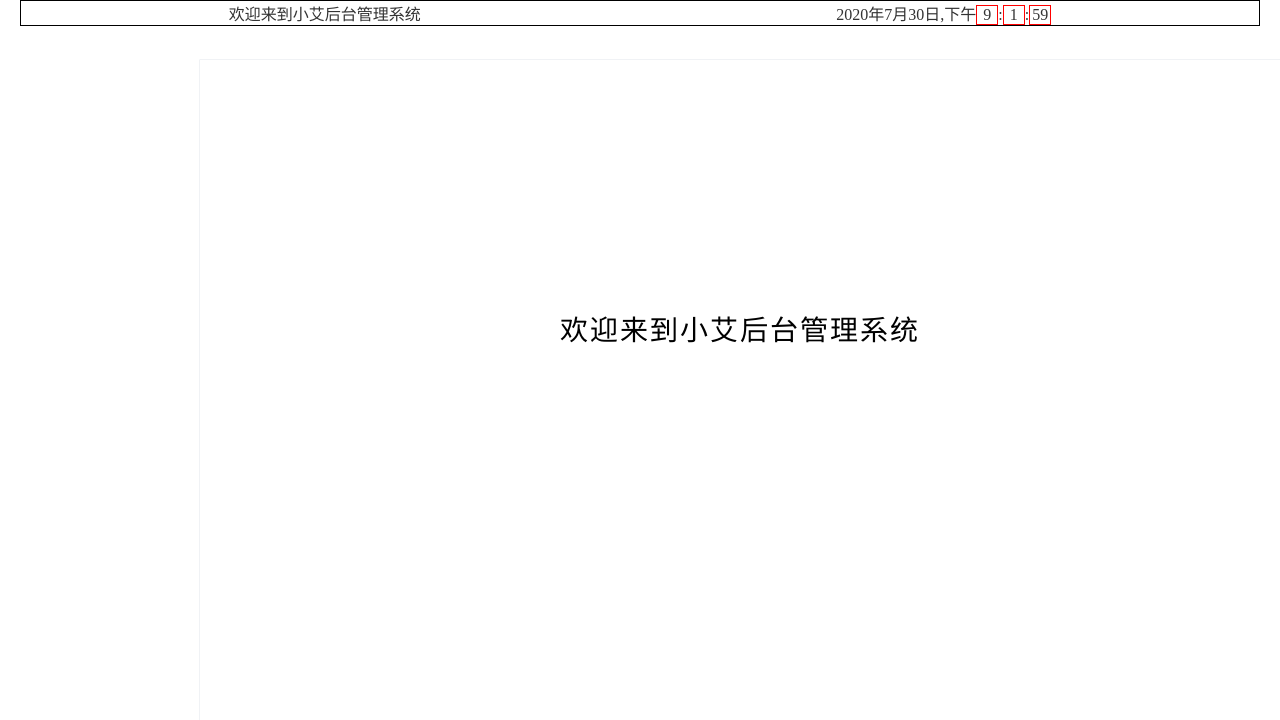
Repository: noob-injoker/router-slots-cw-ee
Page: /
These files come from the project's save history. The page is drawn as it stood at one moment and after the next save; the edit follows.
The browser window is 1280 px wide. The pictures show the whole page.
The page's requests for data from a server got no answer. The project was rebuilt for these pictures with package versions that can differ from the ones it lists, and the page was loaded fresh each time. No one was signed in, and anything a server would have sent is missing. Also part of the build but not shown: vue.config.js.

Above is the page before, as saved 2020-08-30 21:24:44.

### src/main.js
import Vue from 'vue'
import App from './App.vue'
import router from './router'
import store from './store'
import './bus'
import ElementUI from 'element-ui'
import 'element-ui/lib/theme-chalk/index.css'

Vue.use(ElementUI)

Vue.config.productionTip = false

new Vue({
  router,
  store,
  render: h => h(App)
}).$mount('#app')

### src/App.vue
<template>
<div id="app">

  <router-view />

</div>
</template>

<style>
@import './styles/styles.scss';
@import './styles/common.scss';
</style>

### src/router/index.js
import Vue from 'vue'
import VueRouter from 'vue-router'
import Home from '../views/Home.vue'
import Layout from '../views/Layout.vue'

Vue.use(VueRouter)

  const routes = [

    {
      path: '/',
      name: 'Layout',
      component: Layout,
      children: [

        {
          path: '',
          name: 'Home',
          component: Home
        }
        // ,
        // {
        //   path: 'cata',
        //   name: 'cata',
        //   component: () => import('../views/cata.vue')
        // }
      ]

    },
    {
      path:'/Login',
      name:"Login",
      component: () => import('../views/Login.vue'),
      meta:{
        title:'登录'
      }
    },
  // ,
  // {
  //   path: '/about',
  //   name: 'About',
  //   // route level code-splitting
  //   // this generates a separate chunk (about.[hash].js) for this route
  //   // which is lazy-loaded when the route is visited.
  //   component: () => import(/* webpackChunkName: "about" */ '../views/About.vue')
  // }

]

const router = new VueRouter({
  mode: 'history',
  base: process.env.BASE_URL,
  routes
})

export default router

### src/store/index.js
import Vue from 'vue'
import Vuex from 'vuex'
import user from './user/user'

Vue.use(Vuex)

export default new Vuex.Store({
  state: {

  },
  mutations: {

  },
  actions: {

  },
  modules: {
    user
  }
})

### src/bus/index.js
import Vue from 'vue'
const bus = new Vue()
Vue.prototype.$bus = bus

### src/styles/styles.scss
.username .el-form-item__label,.password .el-form-item__label{
    text-align: left;
}
.button-box .el-button--primary{
    width: 160px;
}
.el-menu-box .el-menu{
    border-right: 0px solid white;
}

### src/styles/common.scss
*{
  margin: 0px;
  padding: 0px;
}

.df{
  display: flex;
}
.f-1{
  flex: 1;
}
.j-center{
  display: flex;
  justify-content: center;

}
.j-bettween{
  display: flex;
  justify-content: space-between;

}
.j-around{
  display: flex;
  justify-content: space-around;
}
.j-end{
  display: flex;
  justify-content: flex-end;
}
.a-center{
  align-items: center;
}
.f-column{
  display: flex;
  flex-direction: column;
}
.p-r{
  position: relative;
}
.p-a{
  position: absolute;
}

.r1{
  border: 1px solid red;
}
.y1{
  border: 1px solid yellow;
}
.b1{
  border: 1px solid black;
}

.l-height32{
  line-height: 32px;
}
.w100{

  width: 100%;

}
.t-center{
  text-align: center;

}
.f12{
  font-size: 12px;
}

.w1170{
  width: 1170px;
}
.h100{
  height: 100px;
}
.h70{
  height: 70px;
}
.h436{
  height: 436px;
}
.h350{
  height: 350px;
}
.w1070{
  width: 1070px;
}
.h1590{
  height: 1590px;
}
.h726{
  height: 726px;
}
.w1054{
  width: 1054px;
}
.h160{
  height: 160px;
}
.w732{
  width: 732px;
}
.b2{
  border: 2px solid black;
}
.h434{
  height: 434px;

}
.h600{
  height: 600px;
}
.w1078{
  width: 1078px;
}
.h362{
  height: 362px;
}
.fs16{
  font-size: 16px;
}
.w652{
  width: 652px;

}
.h82{
  height: 82px;
}
.w1064{
  width: 1064px;
}
.h352{
  height: 352px;
}
.w286{
  width: 286px;
}
.h22{
  height: 22px;
}
.w290{
  width: 290px;
}
.h330{
  height: 330px;
}
.mt40{
  margin-top: 40px;
}
.h724{
  height: 724px;
}
.h630{
  height: 630px;

}
.w1058{
  width: 1058px;
}
.h160{
  height: 160px;
}
.w290{
  width: 290px;
}
.w738{
  width: 738px;
}
.w1170{
  width: 1170;
}
.h468{
  height: 468px;
}
.mt20{
  margin-top: 20px;
}
.h318{
  height: 318px;
}
.w652{
  width: 652px;
}
.w370{
  width: 370px;
}
.h314{
  height: 314px;
}
.g1{
  border: 1px solid gray;
}
.w146{
  width: 146px;
}
.box_content3_pic img{
  width: 100%;
  height: 100%;
}
.w488{
  width: 488px;
}
.h420{
  height: 420px;
}
.h234{
  height: 234px;
}
.w950{
  width: 950px;
}
.h68{
  height: 68px;
}
.w124{
  width: 124px;
}
.h50{
  height: 50px;
}
.w190{
  width: 190px;
}
.h44{
  height: 44px;
}
.w184{
  width: 184px;
}
.h32{
  height: 32px;
}
.h400{
  height: 400px;
}
.w1200{
  width: 1200px;
}
.w950{
  width: 950px;

}
.h630{
  height: 630px;
}
.h188{
  height: 188px;
}
.h380{
  height: 380px;
}
.h335{
  height: 335px;
}
.h138{
  height: 138px;
}
.w238{
  width: 238px;
}
.h668{
  height: 668px;
}
.h446{
  height: 446px;
}
.w460{
  width: 460px;
}
.w140{
  width: 140px;
}
.h140{
  height: 140px;
}
.w320{
  width: 320px;
}
.w950{
  width: 950px;

}
.h498{
  height: 498px;
}
.h100{
  height: 100px;
}
.h398{
  height: 398px;
}
.mb10{
  margin-bottom: 10px;
}
.w358{
  width: 358px;
}
.w440{
  width: 440px;
}
.w119{
  width: 119px;
}
.h30{
  height: 30px;
}
.w59{
  width: 59px;
}
.h88{
  height: 88px;
}
.w1000{
  width: 1000px;
}
.height{
  height: 460px;
}
.w120{
  width: 120px;
}
.h70{
  height: 70px;
}
.fs12{
  font-size: 12px;
}
.fs14{
  font-size: 14px;
}
.h509{
  height: 509px;
}
.w644{
  width: 644px;
}
.w274{
  width: 274px;
}
.w162{
  width: 274px;
}
.h104{
  height: 104px;
}
.w450{
  width: 450px;
}
.w162{
  width: 162px;
}
.h38{
  height: 38px;
}
.h40{
  height: 40px;
}
.w276{
  width: 276px;
}
.h320{
  height: 320px;
}
.w274{
  width: 274px;

}
.h76{
  height: 76px;
}
.h84{
  height: 84px;
}
.h140{
  height: 140px;
}
.h72{
  height: 72px;
}
.h80{
  height: 80px;
}
.h140{
  height: 140px;
}
.w98{
  width: 98px;
}
.w172{
  width: 172px;
}
.h310{
  height: 310px;
}
.h150{
  height: 150px;
}
.h40{
  height: 40px;
}
.pr{
  position: relative;
}
.pa{
  position: absolute;
}
.h176{
  height: 176px;
}
.w920{
  width: 920px;
}
.h122{
  height: 122px;
}
.h145{
  height: 145px;
}
.h108{
  height: 108px;
}
.h48{
  height: 48px;
}
.w612{
  width: 612px;
}
.h36{
  height: 36px;
}
.w322{
  width: 322px;
}
.w1002{
  width: 1002px;
}
.h98{
  height: 98px;
}
.h44{
  height: 44px;
}

.h328{
  height: 328px;
}
.w670{
  width: 670px;
}
.w258{
  width: 258px;
}
.h368{
  height: 368px;
}
.h308{
  height: 308px;
}
.w332{
  width: 332px;
}
.h590{
  height: 590px;
}
.h466{
  height: 466px;
}
.w242{
  width: 242px;
}
.w732{
  width: 732px;
}
.h42{
  height: 42px;
}
.w420{
  width: 420px;
}
.w270{
  width: 270px;
}
.w730{
  width: 730px;
}
.h150{
  height: 150px;
}
.w270{
  width: 270px;
}
.h120{
  height: 120px;
}
.w420{
  width: 420px;
}

.h150{
  height: 150px;
}
.w244{
  width: 244px;

}
.h276{
  height: 276px;
}
.h42{
  height: 42px;
}
.h490{
  height: 490px;
}
.f1{
  flex: 1;
}
.f5{
  flex: 5;
}
.h64{
  height: 64px;
}
.m-l-20{
  margin-left: 20px;
}
.p-l-8{

  padding-left: 8px;
}
.cw{
  color: white;
}
.bg_blue{
  background: rgb(87, 87, 128);
}
.p10{
  padding:10px;
}
.m-t-40{
  margin-top: 40px;
}
.m-t-10{
  margin-top: 10px;
}
.wb20{
  width: 20%;
}
.wb24{
  width: 24%;
}
.hb30{
  height: 30%;
}
.h60{
  height: 60px;
}
.fs22{
  font-size: 40px;
}
.h50{
  height: 50px;
}
.w200{
  width: 200px;
}
.m-t-10{
  margin-top: 10px;
}
.fw7{
  font-weight: 700;
}
.w200{
  width: 200px;
}
.h200{
  height: 200px;
}
.h602{
  height: 602px;
}
.h608{
  height: 607px;
}
.m-l-r-20{
  margin-left: 20px;
  margin-right: 20px;
}
.bgwhite{
  background: white;
}
.fixed{
  position: fixed;
}
.m-l-r-15{
  margin-left: 15px;
  margin-right: 15px;
}
.m-l-10{
  margin-left: 10px;
}
.m-t-15{
  margin-top:15px
}
.h40{
  height: 40px;
}
.bgw{
  background: white;
}
.h30{
  height: 30px;
}
.wb100{
  width: 100%;
}
.w300{
  width: 400px;
}
.h40{
  height: 40px;
}
.m-b-20{
  margin-bottom: 20px;
}
.m-t-20{
  margin-top: 20px;
}
.m-r-30{
  margin-right:30px;
}
.ccc{
  display: flex;
  align-items: center;
  justify-content: center;
}
.w00{
  width: 100%;

}
.h00{
  height: 100%;
}
.bgBlue{
  background: blue;
}
.bgBlack{
  background: black;
}
.bgGreen{
  background: green;
}
.w00{
  width: 100%;
}
.h00{
  height: 100%;
}

### src/views/Home.vue
<template>
<div class="w00 h00">

  <div class="text-box  ccc">欢迎来到小艾后台管理系统</div>

</div>
</template>

<script>
export default {
  name: "",
  props: {},
  components: {},
  data() {
    return {};
  },
  methods: {

  },
  mounted() {

  },
  watch: {},
  computed: {

  },
};
</script>

<style lang="scss" scoped>
.text-box {

 height: 80%;
  font-size: 28px;
  letter-spacing: 2px;


}
</style>

### src/views/Layout.vue
<template>
<div class=" container ">
  <el-container class="">

    <el-header>
      <div>
        <headerNav></headerNav>
      </div>
    </el-header>

    <el-container class="">

      <el-aside width="200px">
        <div class="">
          <asideNav></asideNav>
        </div>
      </el-aside>

      <el-main class="main-box ">

        <div class=" h00">
          <router-view></router-view>
        </div>

      </el-main>

    </el-container>

  </el-container>
</div>
</template>

<script>
import asideNav from "../components/nav/asideNav";
import headerNav from "../components/nav/headerNav";
export default {
  name: "Layout",
  props: {},
  components: {
    asideNav,
    headerNav,
  },
  data() {
    return {};
  },
  methods: {},
  mounted() {},
  watch: {},
  computed: {},
};
</script>

<style lang="scss" scoped>
.main-box{

  height: calc(100vh - 60px);
}

.el-header {
  background-color: white;
  color: #333;

  border-bottom: 1px solid #f0f2f5;
  position: fixed;
  top: 0;
  left: 0;
  right: 0;
}

.el-aside {
  border-right: 1px solid #f0f2f5;
  background-color: white;
  line-height: 200px;
  border-top: 1px solid white;
  position: fixed;
  top: 59px;
  left: 0;
  bottom: 0;
}

.el-main {

  background-color: white;

  margin-left: 200px;
  margin-top: 60px;

}
</style>

### src/store/user/user.js
import api from '../../http/api'
import router from '../../router'
import { Message } from 'element-ui'

export default {
  // 开启命名空间 这个文件就是单独的一个vuex的模块
  namespaced: true,
  state: {
    menus: []
  },
  mutations: {
    setMenus(state, data) {
      state.menus = data
    }
  },
  actions: {
    // 所有的请求都写在actions里面
    // action里面的方法可以传两个参数 第一个参数是整个store(vuex对象) 第二个参数是请求的参数
    async getMenus({ commit }) {
      let res = await api.getMenus()


      if (res.meta.status === 200) {
        let obj = {
          authName: "首页",
          path:""
        }
        res.data.unshift(obj)
        // 提交mutation
        commit('setMenus', res.data);

        console.log(res.data);

      }
    },
    // async getMenus({commit}){
    //   let res = await api.getMenus()
    // },
    async login({ commit }, { username, password }) {
      console.log(commit);
      let res = await api.login({
        username,
        password
      })
      if (res.meta.status === 200) {
        // 存储信息
        localStorage.setItem('adminToken', res.data.token)
        localStorage.setItem('adminUser', JSON.stringify(res.data))
        // 跳转路由
        router.push('')
        // 提示用户
        Message.success('登录成功')
      } else {
        Message.error(res.meta.msg)
      }
    }

  },
}

### src/components/nav/asideNav.vue
<template>
<div>
  <el-row class="tac">
    <el-col>
      <div class="el-menu-box">

        <el-menu unique-opened router default-active="2" class="el-menu-vertical-demo">

          <template v-for="(item,index) in menus">

            <el-menu-item :index="item.path" :key="item.path" v-if="index===0">
              <i :class="iconList[index].icon"></i>
              <span slot="title">{{item.authName}}</span>
            </el-menu-item>

            <el-submenu :index="item.path" :key="item.path" v-else>

              <template slot="title">
                <i :class="iconList[index].icon"></i>
                <span>{{item.authName}}</span>
              </template>

              <el-menu-item-group>

                <el-menu-item :index="item1.path" v-for="(item1,index2) in item.children" :key="item1.path">
                  <i :class="iconList[index].childIconList[index2].childIconListIcon"></i>
                  <span slot="title">{{item1.authName}}{{index2}}</span>
                </el-menu-item>

              </el-menu-item-group>

            </el-submenu>

          </template>

        </el-menu>

      </div>
    </el-col>
  </el-row>
</div>
</template>

<script>
import {
  createNamespacedHelpers
} from "vuex";
const userModule = createNamespacedHelpers("user");
const {
  mapState: userState,
  mapActions: userActions
} = userModule;
export default {
  name: "",
  props: {},
  components: {},
  data() {
    return {

      iconList: [{
          icon: 'el-icon-s-home',
          childIconList: [{
            childIconListIcon: ''
          }]
        },
        {
          icon: 'el-icon-user',
          childIconList: [{
            childIconListIcon: 'el-icon-folder-opened'
          }]
        },
        {
          icon: 'el-icon-folder',
          childIconList: [{
              childIconListIcon: 'el-icon-setting'
            },
            {
              childIconListIcon: 'el-icon-c-scale-to-original'
            },

          ]
        },
        {
          icon: 'el-icon-goods',
          childIconList: [{
              childIconListIcon: 'el-icon-help'
            },
            {
              childIconListIcon: 'el-icon-bell'
            },
            {
              childIconListIcon: 'el-icon-date'
            },
          ]
        },
        {
          icon: 'el-icon-s-order',
          childIconList: [{
            childIconListIcon: 'el-icon-folder-add'
          }]
        },
        {
          icon: 'el-icon-message',
          childIconList: [{
            childIconListIcon: 'el-icon-position'
          }]
        }
      ]

    };
  },
  methods: {
    ...userActions(["getMenus"]),
  },
  mounted() {
    this.getMenus();
  },
  watch: {},
  computed: {
    ...userState(["menus"]),
  },
};
</script>

<style scoped lang='scss'>
</style>

### src/components/nav/headerNav.vue
<template>
<div class="df b1 j-around a-center">
  <div>欢迎来到小艾后台管理系统</div>
  <div>
    <div v-if="date">{{year}}年{{month}}月{{day}}日,下午<span>{{hours}}</span>:<span>{{minuts}}</span>:<span>{{secondes}}</span></div>
  </div>
</div>
</template>

<script>
export default {
  name: '',
  props: {},
  components: {

  },
  data() {
    return {
      time: "",
      date: null,

    }
  },
  methods: {
    getDate() {

      setInterval(() => {
        this.date = new Date();
        this.year = this.date.getFullYear();
        this.month = this.date.getMonth();
        this.day = this.date.getDate();
        this.hours = this.date.getHours() * 1; //获取当前小时数(0-23)
        if (this.hours < 12) {
          this.hours = this.hours * 1
        } else {
          this.hours = this.hours - 12
        }
        this.secondes = this.date.getSeconds();
        this.minuts = this.date.getMinutes(); //获取当前分钟数(0-59)
        // this.time = `${year}年${month}月${day}日,下午${hours}:${minuts}:${secondes}`
      }, 1000);

    }

  },
  mounted() {
    this.getDate()

  },
  watch: {

  },
  computed: {

  }
}
</script>

<style scoped lang='scss'>
span{
  text-align: center;
  display: inline-block;
  width: 20px;
  border: 1px solid red;
}
</style>

### src/http/api.js
import service from './index'

export default {
  login({username, password}) {
    return service.post('/login', {
      username,
      password
    })
  },
  getMenus() {
    return service.get('menus')
  }
}

### src/http/index.js
import axios from 'axios'
import nprogress from 'nprogress'
import {Message} from 'element-ui'


// 运行环境: 本地环境:devlpment 和线上(生产)环境: production
const isPro = process.env.NODE_ENV === 'production'

// 创建一个axios的实例
const service = axios.create({
  // 基础路径: 需要根据当前的运行环境来判断
  baseURL: isPro ? '线上的接口路径' : '/api',
  // 超时时间
  timeout: 100000
})


// 请求拦截: 每一次发请求都会做的事情
service.interceptors.request.use((config) => {
  nprogress.start()
  // 前后端鉴权
  // jwt: JSON WEB TOKEN
  // 登录成功之后 后端会返回一个令牌
  let token = localStorage.getItem('adminToken')
  if (token) {
    // 需要在请求头当中添加token
    config.headers['Authorization'] = token
  }
  return config
}, err => {
  nprogress.done()
  return Promise.reject(err)
})


// 响应拦截: 每一次接口返回数据的时候都会做的事情
service.interceptors.response.use((res) => {
  nprogress.done()
  return res.data
}, err => {
  if (err.response && err.response.status) {
    // 错误请求的状态码
    let status = err.response.status
    if (status === 400) {
      Message.error('参数错误')
    }
    if (status === 401) {
      Message.error('登录过期,请重新登录')
    }
    if (status === 403) {
      Message.error('没有权限')
    }
    if (status === 404) {
      Message.error('接口路径错误')
    }
    if (status === 500) {
      Message.error('服务器出错')
    }
    if (status === 503) {
      Message.error('服务器在维护')
    }
  }
  return Promise.reject(err)
})


export default service

Loaded but not shown: public/index.html (common file)

After the next save:
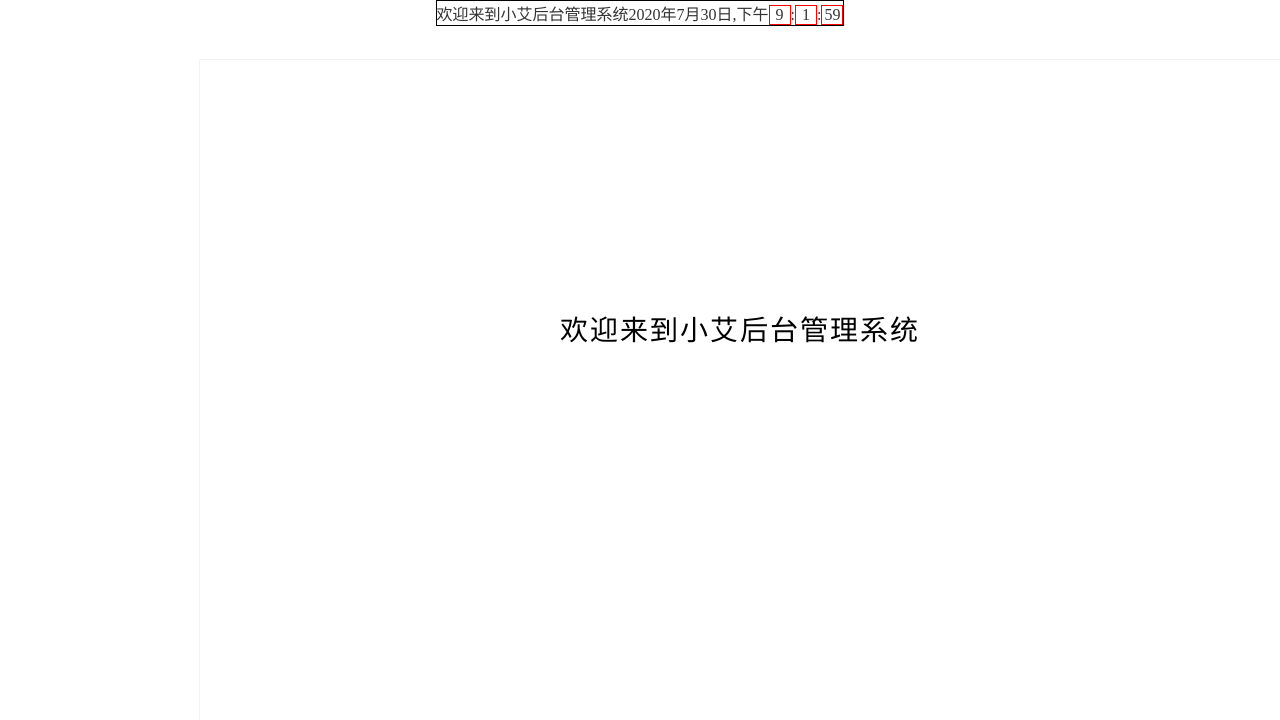
Saved 20 s later.
--- a/src/views/Layout.vue
+++ b/src/views/Layout.vue
@@ -3,7 +3,7 @@
   <el-container class="">
 
     <el-header>
-      <div>
+      <div class="ccc">
         <headerNav></headerNav>
       </div>
     </el-header>
